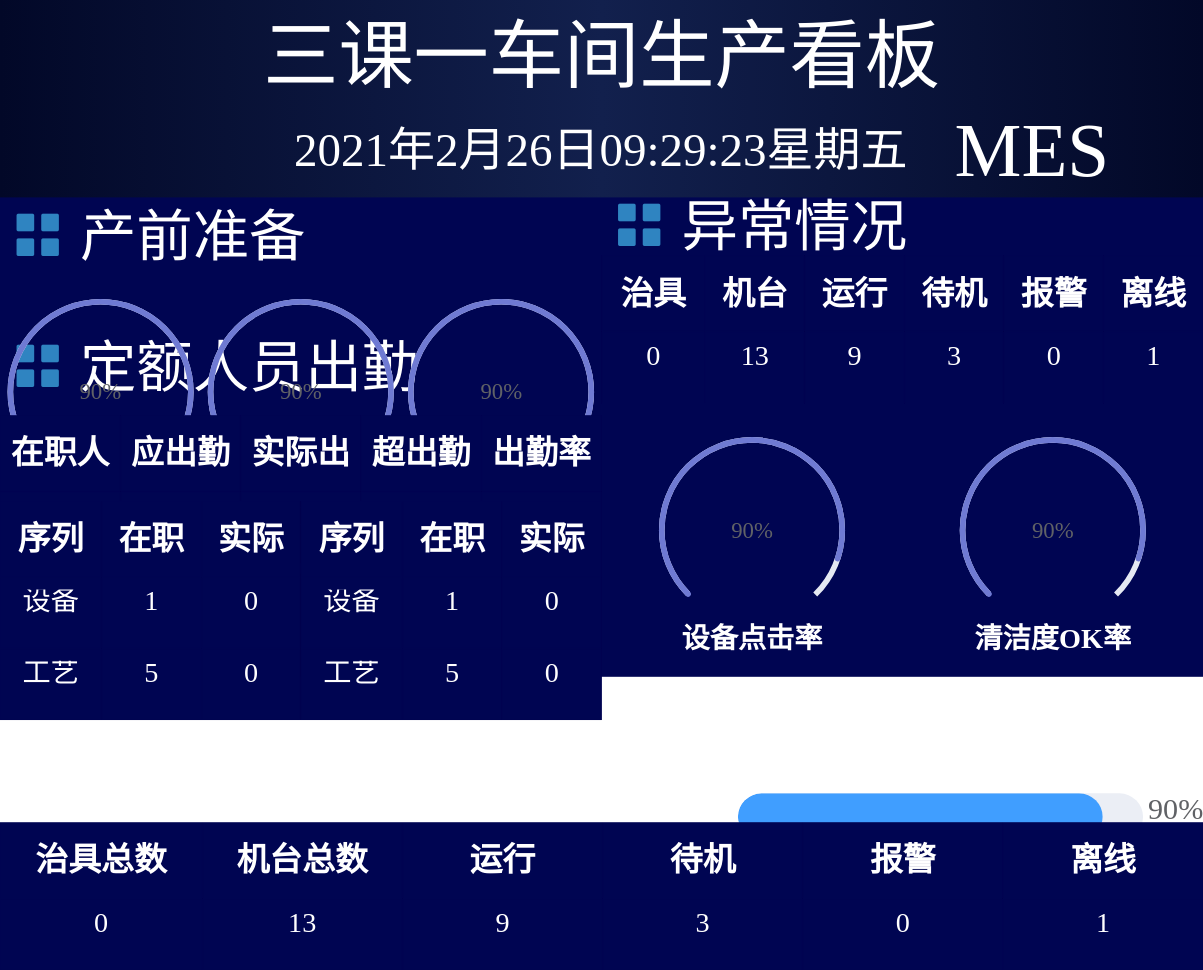
Repository: Bimbaloo/pv-view
Page: a.html
An editor plug-in stored every save of this project. The page is shown before and after the next save, followed by the edit.
The browser window is 1280 px wide. The pictures show the whole page, at 94% of full size.

Above is the page before, as saved 2021-05-14 15:14:39.
Console error: ReferenceError: echarts is not defined

### a.html
<!DOCTYPE html>
<html lang="zh-ch">

<head>
  <meta charset="UTF-8">
  <meta http-equiv="X-UA-Compatible" content="IE=edge">
  <meta name="viewport"
    content="width=device-width, initial-scale=1.0, minimum-scale=1.0, maximum-scale=1.0, user-scalable=no" />
  <script src="echarts.common.js"></script>
  <script src="vue.js"></script>
  <script src="element-ui/index.js"></script>
  <link rel="stylesheet" href="element-ui/theme-chalk/index.css">
  <link rel="stylesheet" href="reset.css">
  <link rel="stylesheet" href="base.css">
  <title>车间看板</title>
</head>

<body>
  <div id="app">
    <!-- 抬头 -->
    <div class="title-box">
      <div class="title">三课一车间生产看板</div>
      <div class="message" style="display: flex;">
        <div class="time">2021年2月26日09:29:23星期五</div>
        <div class="name">MES</div>
      </div>

    </div>
    <!-- 生产 -->
    <div class="Production">
      <div class="ready">
        <div class="designation">
          <i class="el-icon-menu"></i>
          <span>产前准备</span>
        </div>
        <div class="progress-boxs">
          <div class="progress-box">
            <el-progress type="dashboard" :percentage="percentage" :color="colors" :width='width'></el-progress>
            <span>设备点击率</span>
          </div>

          <div class="progress-box">
            <el-progress type="dashboard" :percentage="percentage" :color="colors" :width='width'></el-progress>
            <span>清洁度OK率</span>
          </div>
          <div class="progress-box">
            <el-progress type="dashboard" :percentage="percentage" :color="colors" :width='width'></el-progress>
            <span>物料齐率</span>
          </div>
        </div>


      </div>
      <!-- 出勤 -->
      <div class="chuqing">
        <div class="designation">
          <i class="el-icon-menu"></i>
          <span>定额人员出勤</span>
        </div>
        <div class="table-message">
          <el-table ref="table" :data="tableData.data" style="width: 100%;margin-top: 20px;">
            <el-table-column v-for="col in columns" :key="col.prop" :label="col.label" :prop="col.prop"
              :class-name="col.class" align='center'>
            </el-table-column>
          </el-table>
        </div>

      </div>
      <!-- 非定额出勤 -->
      <div class="feichuqing">
        <div class="designation">
          <i class="el-icon-menu"></i>
          <span>非定额人员出勤</span>
        </div>
        <div class="table-message" style="display: flex;">
          <el-table ref="table2" :data="tableData.data2" style="width: 45%;margin-top: 20px;">
            <el-table-column v-for="col in columns2" :key="col.prop" :label="col.label" :prop="col.prop"
              :class-name="col.class" align='center'>
            </el-table-column>
          </el-table>
          <el-table ref="table2" :data="tableData.data2" style="width: 45%;margin-top: 20px;">
            <el-table-column v-for="col in columns2" :key="col.prop" :label="col.label" :prop="col.prop"
              :class-name="col.class" align='center'>
            </el-table-column>
          </el-table>
        </div>
      </div>
    </div>
    <!-- 异常 -->
    <div class="abnormal">
      <div class="designation">
        <i class="el-icon-menu"></i>
        <span>异常情况</span>
      </div>
      <div class="table-message">
        <el-table ref="table4" :data="tableData.data4" style="width: 100%">
          <el-table-column v-for="col in columns4" :key="col.prop" :label="col.label" :prop="col.prop"
            :class-name="col.class" align='center'>
          </el-table-column>
        </el-table>
      </div>
      <div class="progress-boxs">
        <div class="progress-box">
          <el-progress type="dashboard" :percentage="percentage" :color="colors" :width='width'></el-progress>
          <span>设备点击率</span>
        </div>

        <div class="progress-box">
          <el-progress type="dashboard" :percentage="percentage" :color="colors" :width='width'></el-progress>
          <span>清洁度OK率</span>
        </div>
      </div>
      <div class="progress-boxs2">
        <div class="progress-box2">
          <div class="progress-message">
            治具损坏率
          </div>
          <el-progress :stroke-width="50" :percentage="90"></el-progress>
        </div>
        <div class="progress-box2">
          <div class="progress-message">
            OQC批退率
          </div>
          <el-progress :stroke-width="50" :percentage="20"></el-progress>
        </div>
      </div>

    </div>
    <!-- 进度 -->
    <div class="progress">
      <div class="designation">
        <i class="el-icon-menu"></i>
        <span>异常情况</span>
      </div>

      <div id="container" style="height: 80%;width: 70%;"></div>
      <el-table ref="table4" :data="tableData.data4" style="width: 100%">
        <el-table-column v-for="col in columns4" :key="col.prop" :label="col.label" :prop="col.prop"
          :class-name="col.class" align='center'>
        </el-table-column>
      </el-table>

    </div>

  </div>
  <script src="base.js"></script>
</body>

</html>

### reset.css
/**
 * Eric Meyer's Reset CSS v2.0 (http://meyerweb.com/eric/tools/css/reset/)
 * http://cssreset.com
 */

html,
body,
div,
span,
applet,
object,
iframe,
h1,
h2,
h3,
h4,
h5,
h6,
p,
blockquote,
pre,
a,
abbr,
acronym,
address,
big,
cite,
code,
del,
dfn,
em,
img,
ins,
kbd,
q,
s,
samp,
small,
strike,
strong,
sub,
sup,
tt,
var,
b,
u,
i,
center,
dl,
dt,
dd,
ol,
ul,
li,
fieldset,
form,
label,
legend,
table,
caption,
tbody,
tfoot,
thead,
tr,
th,
td,
article,
aside,
canvas,
details,
embed,
figure,
figcaption,
footer,
header,
menu,
nav,
output,
ruby,
section,
summary,
time,
mark,
audio,
video,
input {
  margin: 0;
  padding: 0;
  border: 0;
  font-family: "微软雅黑";
  font-size: 100%;
  font-weight: normal;
  vertical-align: baseline;
}

.divider {
  height: 16px;
  width: 100%;
  background: #f3f5f7;
  border-top: 1px solid rgba(7, 17, 27, 0.1);
  border-bottom: 1px solid rgba(7, 17, 27, 0.1);
}

.clear:after {
  content: "\20";
  height: 0;
  display: block;
  clear: both;
}

/* HTML5 display-role reset for older browsers */

article,
aside,
details,
figcaption,
figure,
footer,
header,
menu,
nav,
section {
  display: block;
}

body {
  line-height: 1;
}

blockquote,
q {
  quotes: none;
}

blockquote:before,
blockquote:after,
q:before,
q:after {
  content: none;
}

table {
  border-collapse: collapse;
  border-spacing: 0;
}

/* custom */

a {
  color: #7e8c8d;
  text-decoration: none;
  -webkit-backface-visibility: hidden;
}

li {
  list-style: none;
}

/* 表格下载。 */
.tableClone {
  position: absolute;
  z-index: -1;
}

::-webkit-scrollbar {
  width: 10px;
  height: 10px;
}

::-webkit-scrollbar-track-piece {
  /* background-color: #979ba1; */
  background-color: #bfc1c2;
  -webkit-border-radius: 4px;
}

::-webkit-scrollbar-thumb:vertical {
  height: 10px;
  /*  background-color: #56565C; */
  background-color: #8c8c92;
  -webkit-border-radius: 4px;
}

::-webkit-scrollbar-thumb:horizontal {
  width: 10px;
  /*  background-color: #56565C; */
  background-color: #8c8c92;
  -webkit-border-radius: 4px;
}

html,
body {
  width: 100%;
  height: 100%;
}

body {
  -webkit-text-size-adjust: none;
  -webkit-tap-highlight-color: rgba(0, 0, 0, 0);
}

### base.css
#app {
  background-color: hsl(236deg 100% 16%);
  display: flex;
  flex-direction: row;
  flex-flow: wrap;
  height: 100%;
}

.title-box {
  height: 210px;
  background-image: linear-gradient(to right, #020828, #12204d, #020828);
  width: 100%;

}

.title,
.time,
.name {
  color: #fff;
}

.message {
  display: flex;
  align-items: center;
  justify-content: flex-end;
  margin-right: 100px;
}

.title {
  font-size: 80px;
  width: 100%;
  display: flex;
  justify-content: center;
  align-items: center;
  line-height: 120px;
  height: 120px;
}

.time {
  font-size: 50px;
}

.name {
  font-size: 80px;
  margin-left: 50px;
}


/* 生产 */
.Production {
  height: 45%;
  width: 50%;
  box-sizing: border-box;

}

/* 异常 */
.abnormal {
  height: 45%;
  width: 50%;
  box-sizing: border-box;
}

.progress {
  width: 100%;
  height: 45%;
}


.ready {
  padding-top: 10px;
  height: 40%
}

.designation {
  color: #fff;
  font-size: 60px;
}

.el-icon-menu {
  color: #2F84C1;
  margin-left: 10px;
}

.chuqing {
  padding-top: 10px;
  height: 25%;
}
.feichuqing {
  padding-top: 10px;
  height: 35%;
}


.table-message td,th{
  background-color: hsl(236deg 100% 16%) !important;
  border: 1px solid hsl(236deg 100% 16%);
}

.el-table td, .el-table th.is-leaf {
  border: 1px solid hsl(236deg 100% 16%);
}

.el-table th, .el-table tr {
  background-color: hsl(236deg 100% 16%) !important;
}

.el-table {
  color: #fff;
  font-weight: bold;
  font-size: 30px;
}

.el-table, .el-table__expanded-cell {
  background-color: hsl(236deg 100% 16%) !important;
}
.el-table th>.cell {
  height: 55px;
  color: #fff;
  font-weight: bold;
  font-size: 35px;
  line-height: 55px;
}
.el-table td>.cell {
  height: 50px;
  color: #fff;
  font-size: 30px;
}


.abnormal {

}
.progress-boxs {
  display: flex;
  justify-content: space-around;
  margin-top: 35px;
}
.progress-box span{
  color: #fff;
  font-weight: bold;
  font-size: 30px;
}

.progress-box {
  display: flex;
    flex-direction: column;
    align-items: center;
}
.progress-boxs2 {
 margin-top: 150px;
}

.progress-box2 {
  display: flex;
  justify-content: space-evenly;
  margin-top: 60px;
  margin-bottom: 60px;
}
.progress-box2  .el-progress {
  width: 80%;
  display: flex;
}

.progress-message {
  color: #fff;
  font-weight: bold;
  font-size: 30px;
}
.progress {
  padding-top: 20px;
}

.el-table::before {
  height :0
}

.echarts-box {
  width: 70%;
}

### base.js
var Main = new Vue({
  el: '#app',
  name: app,
  data: {
    tableData: {
      columns: [{
        label: '在职人员',
        prop: 'printer',
        align: 'center',
        showHead: true
      },
      {
        label: '应出勤',
        prop: 'tasksNum',
        align: 'center',
        showHead: true
      },
      {
        label: '实际出勤',
        prop: 'status',
        align: 'center',
        showHead: true
      },
      {
        label: '超出勤',
        prop: 'lastTime',
        align: 'center',
        showHead: true
      },
      {
        label: '出勤率',
        prop: 'equipment',
        align: 'center',
        class: 'red',
        showHead: true
      }
      ],
      data: [{
        tasksNum: '1',
        printer: '0',
        status: '0',
        lastTime: '0',
        equipment: 0
      }],
      columns2: [{
        label: '序列',
        prop: 'order',
        align: 'center',
      }, {
        label: '在职人数',
        prop: 'num',
        align: 'center',
      }, {
        label: '实际出勤',
        prop: 'realistic',
        align: 'center',
      }],
      data2: [{
        order: '设备',
        num: '1',
        realistic: '0'
      }, {
        order: '工艺',
        num: '5',
        realistic: '0'
      },],
      data3: [{
        order: '品质',
        num: '0',
        realistic: '0'
      },
      {
        order: '制造',
        num: '6',
        realistic: '0'
      }
      ],
      columns4: [{
        label: '治具总数',
        prop: 'order',
        align: 'center',
      }, {
        label: '机台总数',
        prop: 'num',
        align: 'center',
      }, {
        label: '运行',
        prop: 'run',
        align: 'center',
      }, {
        label: '待机',
        prop: 'Standby',
        align: 'center',
      }, {
        label: '报警',
        prop: 'alarm',
        align: 'center',
      }, {
        label: '离线',
        prop: 'offline',
        align: 'center',
      }],
      data4: [{
        order: '0',
        num: '13',
        run: '9',
        Standby: '3',
        alarm: '0',
        offline: '1'
      }],
      height: 100,
    },
    colors: [{
      color: '#f56c6c',
      percentage: 20
    },
    {
      color: '#e6a23c',
      percentage: 40
    },
    {
      color: '#5cb87a',
      percentage: 60
    },
    {
      color: '#1989fa',
      percentage: 80
    },
    {
      color: '#6f7ad3',
      percentage: 100
    }
    ],
    percentage: 90,
    width: 200
  },
  computed: {
    columns() {
      return this.tableData.columns.filter((item) => {
        return item.showHead
      })
    },
    columns2() {
      return this.tableData.columns2
    },
    columns4() {
      return this.tableData.columns4
    },
    items() {
      return this.tableData.columns.filter((item) => {
        return !item.showHead
      })
    }
  },
  methods: {

  }
})

var dom = document.getElementById("container");
var myChart = echarts.init(dom);
var app = {};

var option;



option = {
  tooltip: {
    trigger: 'axis',
    axisPointer: {            // Use axis to trigger tooltip
      type: 'shadow'        // 'shadow' as default; can also be 'line' or 'shadow'
    }
  },
  legend: {
    data: ['Direct', 'Mail Ad', 'Affiliate Ad']
  },
  grid: {
    left: '3%',
    right: '4%',
    bottom: '3%',
    containLabel: true
  },
  xAxis: {
    type: 'value'
  },
  yAxis: {
    type: 'category',
    data: ['1#', '2#', '3#', '4#', '5#', '6#', '7#']
  },
  series: [
    {
      name: 'Direct',
      type: 'bar',
      stack: 'total',
      label: {
        show: true
      },
      emphasis: {
        focus: 'series'
      },
      data: [0, 20, 0, 0, 5, 15, 33]
    },
    {
      name: 'Mail Ad',
      type: 'bar',
      stack: 'total',
      label: {
        show: true
      },
      emphasis: {
        focus: 'series'
      },
      data: [0, 50, 30, 70, 25, 25, 33]
    },
    {
      name: 'Affiliate Ad',
      type: 'bar',
      stack: 'total',
      label: {
        show: true
      },
      emphasis: {
        focus: 'series'
      },
      data: [100, 30, 70, 30, 70, 60, 34]
    }


  ]
};

if (option && typeof option === 'object') {
  myChart.setOption(option);
}

Loaded but not shown: vue.js (library); element-ui/index.js (library); element-ui/theme-chalk/index.css (library); echarts.common.js (no copy from this time; the picture is the same without it)

After the next save:
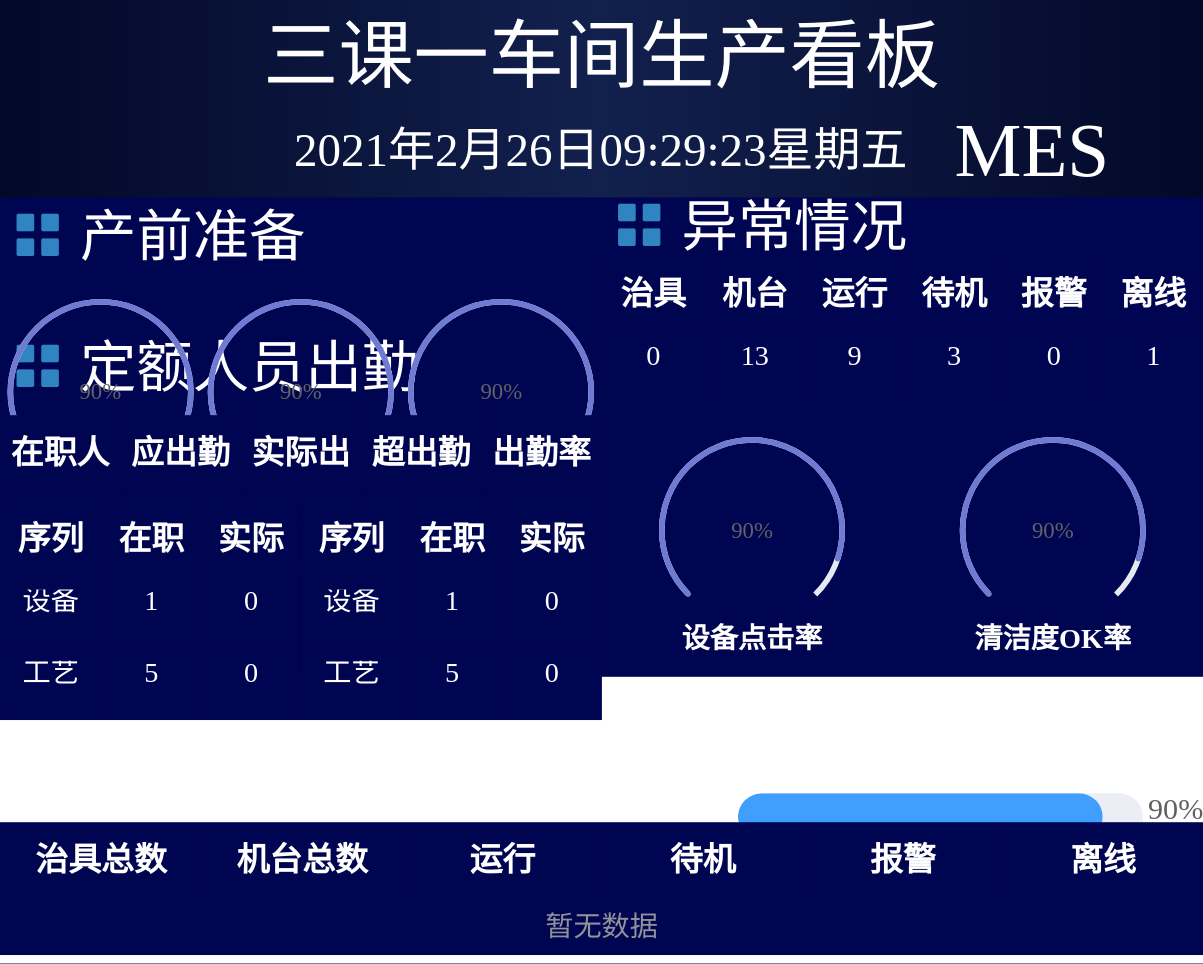
Saved 6 s later.
--- a/a.html
+++ b/a.html
@@ -134,7 +134,7 @@
       </div>
 
       <div id="container" style="height: 80%;width: 70%;"></div>
-      <el-table ref="table4" :data="tableData.data4" style="width: 100%">
+      <el-table ref="table5" :data="tableData.data5" style="width: 100%">
         <el-table-column v-for="col in columns4" :key="col.prop" :label="col.label" :prop="col.prop"
           :class-name="col.class" align='center'>
         </el-table-column>
